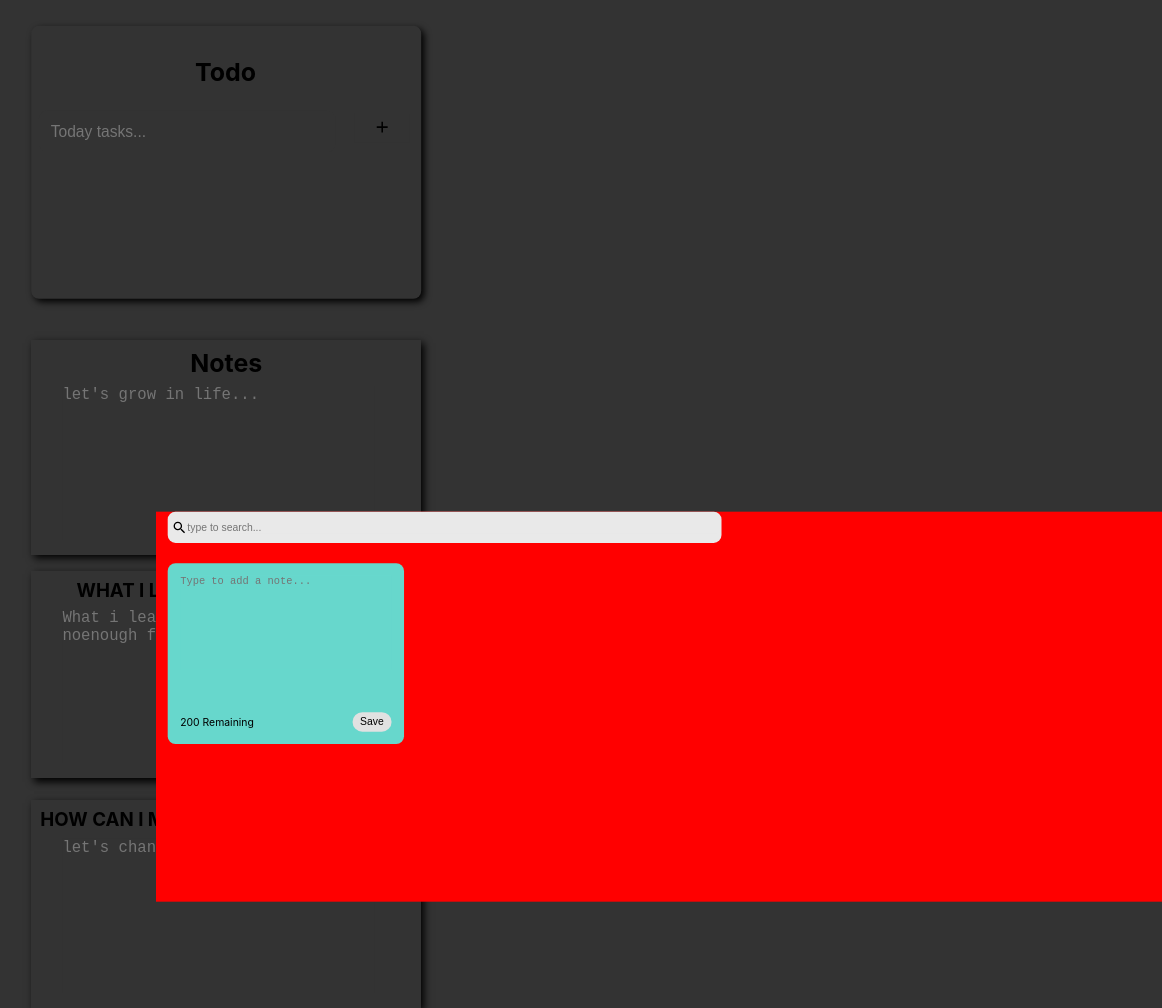
Repository: subhamRsahoo/note
Page: /
These files come from the project's save history. The page is drawn as it stood at one moment and after the next save; the edit follows.
The browser window is 1280 px wide. The page is 1490 px wide, then 1320 px, so the pictures cover 1490 px, including what lies to the right of the window. The pictures show the whole page, at 78% of full size.
The project was rebuilt for these pictures with package versions that can differ from the ones it lists, and the page was loaded fresh each time. Also part of the build but not shown: src/components/New folder/components/Note.js.

Above is the page before, as saved 2021-07-15 18:02:07.

### public/index.html
<!DOCTYPE html>
<html lang="en">
  <head>
    <meta charset="utf-8" />
    <link rel="icon" href="%PUBLIC_URL%/favicon.ico" />
    <meta name="viewport" content="width=device-width, initial-scale=1" />
    <meta name="theme-color" content="#000000" />
    <meta
      name="description"
      content="Web site created using create-react-app"
    />
    <link rel="apple-touch-icon" href="%PUBLIC_URL%/logo192.png" />
    <link rel="manifest" href="%PUBLIC_URL%/manifest.json" />


    <!-- <link rel="stylesheet" href="https://cdnjs.cloudflare.com/ajax/libs/font-awesome/5.15.3/css/font-awesome.min.css"/> -->

    <!-- <link rel="stylesheet" href="https://bootswatch.com/4/materia/bootstrap.com"/> -->

    <title>React App</title>
  </head>
  <body>
    <noscript>You need to enable JavaScript to run this app.</noscript>
    <div id="root"></div>
  </body>
</html>

### src/App.js
import React from 'react'
import Hub from './components/Hub';
import Hub1 from './components/aaaa/Hub1';
import A from './components/New folder/A';

function App() {
    return (
        <div>
            <Hub/>
            <Hub1/>
            <A/>
        </div>
    )
}

export default App

### src/components/Hub.js
import React , {useState , useEffect}from "react";
import Header from "./Header";
import Form from "./Form";
import TodoList from "./TodoList";
import './App.css';


const Hub = () => {
  const initalState = JSON.parse(localStorage.getItem("todos")) || [];
  const [input ,setInput] = useState("");
  const [todos ,setTodos] = useState(initalState);
  const [editTodo , setEditTodo] = useState(null);

  useEffect(() => {
    localStorage.setItem("todos" , JSON.stringify(todos))
  }, [todos]);
  return (
    <div className="container">
      <div className="app-wrapper">
        <div>
          <Header/>
        </div>
        <div>
          <Form
          input={input}
          setInput={setInput}
          todos={todos}
          setTodos={setTodos}
          editTodo={editTodo}
          setEditTodo={setEditTodo}
          />
        </div>
        <div>
          <TodoList todos={todos} setTodos={setTodos} setEditTodo={setEditTodo}/>
        </div>
      </div>
    </div>

  );
}

export default Hub;

### src/components/aaaa/Hub1.js
import React, { Component } from 'react';
import FormDataComponent from './components/form-data.component';
class  Hub1 extends Component {
  render() {
    return (
      <div >
        <FormDataComponent />
      </div>
    );
  }
}

export default Hub1;

### src/components/New folder/A.js
import React from 'react';
import './index.css';
import App from './App';


function A() {
    return (
        <div>
            <App />
        </div>
    )
}

export default A

### src/components/Header.js
import React from 'react'

function Header() {
    return (
        <div className="header">
            <h1>Todo</h1>
        </div>
    )
}

export default Header

### src/components/Form.js
import React , {useEffect} from 'react'
import {v4 as uuidv4} from "uuid";
import AddIcon from '@material-ui/icons/Add';

 const Form =({input , setInput , todos , setTodos , editTodo , setEditTodo }) => {
     const updateTodo = (title , id, completed) =>
     {
         const newTodo = todos.map((todo)=>

             todo.id === id ? {title,id, completed} : todo
         )
         setTodos(newTodo);
         setEditTodo("");
     }
     useEffect(() =>
     {
         if(editTodo)
         {
             setInput(editTodo.title);
         }else{
             setInput("")
         }
     }, [setInput , editTodo]);

     const onInputChange= (event) =>
     {
       setInput(event.target.value);
     };

     const onFormSubmit = (event) =>
     {
        event.preventDefault();
        if(!editTodo){
            setTodos([...todos , {id:uuidv4(), title: input , completed: false}]);
            setInput("");
        }else{
            updateTodo(input , editTodo.id , editTodo.completed)
        }
     }
    return (
       <form onSubmit={onFormSubmit}>
           <input type="text" placeholder="Today tasks... " className="task-input"
           value={input} required onChange={onInputChange} limit={3}/>
           <button type="submit" className="Add">
            <AddIcon/>
           </button>
       </form>
    )
}

export default Form

### src/components/TodoList.js
import React from 'react'
import DoneIcon from '@material-ui/icons/Done';
import EditIcon from '@material-ui/icons/Edit';
import DeleteIcon from '@material-ui/icons/Delete';

const TodoList = ({todos , setTodos , setEditTodo}) => {

    const handleDelete = ({id}) =>
    {
        setTodos(todos.filter((todo) => todo.id !== id));
    }

    const handleComplete = (todo) =>
    {
        setTodos(
            todos.map((item) => {
                if(item.id === todo.id){
                    return {...item , completed: !item.completed};
                }
                return item
            })
        )
    }

    const handleEdit =({id}) =>{
        const findTodo = todos.find((todo) => todo.id === id);
        setEditTodo(findTodo);
    };
    return (
        <div>
           {todos.map((todo) => (
               <li className="list-item"  key={todo.id}>
                   <input type="text"
                     value={todo.title}
                     className={`list ${todo.completed ? "complete" : "" }`}
                     onChange={(event)=> event.preventDefault()}
                   />
                   <div>
                       <button className="button-complete task-button" onClick={() => handleComplete(todo)}>
                          <i><DoneIcon/></i>
                       </button>
                       <button className="button-edit task-button" onClick={()=> handleEdit(todo)}>
                          <i><EditIcon/></i>
                       </button>
                       <button className="button-delete task-button"  onClick={()=> handleDelete(todo)}>
                          <i><DeleteIcon/></i>
                       </button>
                   </div>
               </li>
           ))}
        </div>
    );
}

export default TodoList;

### src/components/App.css
::-webkit-scrollbar {
  width: 9px;
}
::-webkit-scrollbar-thumb {
  background-color: #a8a8a8;
}
::-webkit-scrollbar-thumb:hover {
  background: #828282;
}
::-webkit-scrollbar-track {
  background: #cccccc;
}

body {
  font-family: -apple-system, BlinkMacSystemFont, 'Segoe UI', 'Roboto', 'Oxygen',
    'Ubuntu', 'Cantarell', 'Fira Sans', 'Droid Sans', 'Helvetica Neue',
    sans-serif;
  -webkit-font-smoothing: antialiased;
  -moz-osx-font-smoothing: grayscale;
  background: #333;
}

code {
  font-family: source-code-pro, Menlo, Monaco, Consolas, 'Courier New',
    monospace;
}


*
{
  margin: 0;
  padding: 0;
}

.container
{
  margin-top: 10px;
  width: 100%;
  min-height: 55vh;
  display: grid;
  justify-content: left;
  /* margin-left: 40px; */
  right: 500px;
  align-items: center;
  position: relative;
  box-sizing: border-box;
  left: 40px;
}

.app-wrapper
{
  background-color: #333;
  width: 500px;
  min-height: 350px;
  padding: 10px;
  box-sizing: border-box;
  border-radius: 10px;
  box-shadow: 4px 4px 10px #000;
  /* margin-bottom: 150px; */

}

.header h1
{
  color: black;
  text-align: left;
  margin: 30px 0;
  margin-left: 200px;
}

.task-input
{
  outline: none;
  width: 350px;
  padding: 15px;
  margin-right: 25px;
  font-size: 20px;
  color: white;
  background-color: #333;
  border: none;
  border-radius: 10px;
}

.task-input:hover
{
  box-shadow: 6px 4px 10px #000;
}

.Add
{
  width: 70px;
  padding: 5px 5px;
  border: 0;
  cursor: pointer;
  border-style: transparent;
  background-color: #333;
}

.Add:hover
{
  border-radius: 10px;
  box-shadow: 6px 4px 10px #000;
}

.list-item
{
  display: flex;
  margin: 20px 0;
  border: none;
  border-radius: 10px;
  padding: 7px;
  max-height: 20px;
}

.list-item:hover
{
  box-shadow: 6px 4px 10px #000;
}

.button-complete,
.button-delete,
.button-edit
{
  border: none;
  outline: none;
  cursor: pointer;
  background-color: transparent;
  font-size: 20px;
  border-radius: 50%;
}

.button-complete
{
  color: #ff6c6c;
  margin-right: 10px;
  margin-left: 70px;
}

.button-edit
{
  color: #e2d029;
  margin-right: 10px;
}

.button-delete
{
  color: lightseagreen;
}

.complete
{
  text-decoration-style: solid;
  text-decoration-line: line-through;
  text-decoration-color: #ff6c6c;
  opacity: 0.6;
}

.list
{
  width: 250px;
  background-color: #333;
  border: none;
  color: wheat;
  font-size: 20px;
  padding-left: 10px;
  margin-right: 15px;
}

input:focus,
button:focus
{
  outline: none;
}

@media screen and (max-width:768px)
{
  .container
  {
    left : 120px;
  }
  .app-wrapper
  {

    min-width: 400px;
    min-height: 260px;
    /* margin-top: 15px; */
  }
}

@media screen and (max-width:540px)
{
  .container
  {
    left: 40px;
  }
}

@media screen and (max-width: 1020px)
{
  .app-wrapper
  {
    min-width: 200px;
    min-height: 260px;
    margin-top: 15px;
  }
}

### src/components/aaaa/components/form-data.component.js
import React, { Component } from 'react';
import './design.css';
export default class FormDataComponent extends Component {
    userData;

    constructor(props) {
        super(props);

        this.onChangeName = this.onChangeName.bind(this);
        this.onChangeName1 = this.onChangeName1.bind(this);
        this.onChangeName2 = this.onChangeName2.bind(this);
        this.onSubmit = this.onSubmit.bind(this);

        this.state = {
            name: '',
            name1: '',
            name2: ''
        }
    }

    // Form Values
    onChangeName(e) {
        this.setState({ name: e.target.value })
    }

    onChangeName1(e) {
        this.setState({ name1: e.target.value })
    }

    onChangeName2(e) {
        this.setState({ name2: e.target.value })
    }


    // React Life Cycle
    componentDidMount() {
        this.userData = JSON.parse(localStorage.getItem('user'));

        if (localStorage.getItem('user')) {
            this.setState({
                name: this.userData.name,
                name1: this.userData.name1,
                name2: this.userData.name2
            })
        } else {
            this.setState({
                name: '',
                name1: '',
                name2: ''
            })
        }
    }

    componentWillUpdate(nextProps, nextState) {
        localStorage.setItem('user', JSON.stringify(nextState));
    }

    onSubmit(e) {
        e.preventDefault()
        console.log(this.state.props)
    }


    render() {
        return (

                <form className="form" onSubmit={this.onSubmit}>
                    <div className="contain">
                        <h1>Notes</h1>
                        <textarea type="text" placeholder="let's grow in life..." className="text1" value={this.state.name} onChange={this.onChangeName} />
                        {/* <button type="submit" className="btn1">Save</button> */}
                    </div>


                    <div className="contain1">
                        <h2>WHAT I LEARNED FROM TODAY?</h2>
                        <textarea type="text" placeholder="What i learned from today noenough for Tomorrow" className="text2" value={this.state.name1} onChange={this.onChangeName1} />
                        {/* <button type="submit" className="btn2">Save</button> */}
                    </div>

                    <div className="contain2">
                        <h2>HOW CAN I MAKE TOMORROW BETTER?</h2>
                        <textarea type="text" placeholder="let's change the lifestyle" className="text3" value={this.state.name2} onChange={this.onChangeName2} />
                        {/* <button type="submit" className="btn3">Save</button> */}
                    </div>
                </form>

        )
    }
}

### src/components/New folder/index.css
body {
	margin: 0;
	font-family: -apple-system, BlinkMacSystemFont, 'Segoe UI',
		'Roboto', 'Oxygen', 'Ubuntu', 'Cantarell', 'Fira Sans',
		'Droid Sans', 'Helvetica Neue', sans-serif;
	-webkit-font-smoothing: antialiased;
	-moz-osx-font-smoothing: grayscale;
}

code {
	font-family: source-code-pro, Menlo, Monaco, Consolas,
		'Courier New', monospace;
}

.header {
	display: flex;
	align-items: center;
	justify-content: space-between;
}


.container1 {
	display: grid;
	min-width: 1260px;
	/* margin-right: auto;  */
	position: absolute;
	left: 200px;
	padding-right: 15px;
	padding-left: 15px;
	min-height: 500px;
	background-color:red;
}

.notes-list {
	display: grid;
	grid-gap: 1rem;
	grid-template-columns: repeat(
		auto-fill,
		minmax(250px, 1fr)
	);
}

.note.new {
	background-color: #67d7cc;
	height: 200px;
	margin-bottom: 200px;
}

textarea {
	border: none;
	resize: none;
	background-color: #67d7cc;
}

textarea:focus {
	outline: none;
}

.save {
	background-color: #e1e1e1;
	border: none;
	border-radius: 15px;
	padding: 5px 10px 5px 10px;
}

.save:hover {
	background-color: #ededed;
	cursor: pointer;
}

.note {
	background-color: #fef68a;
	border-radius: 10px;
	padding: 1rem;
	height: 200px;
	display: flex;
	flex-direction: column;
	justify-content: space-between;
	white-space: pre-wrap;
}

.note-footer {
	display: flex;
	align-items: center;
	justify-content: space-between;
}

.delete-icon {
	cursor: pointer;
}

.search {
	display: flex;
	align-items: center;
	background-color: rgb(233, 233, 233);
	width: 700px;
	height: 30px;
	border-radius: 10px;
	padding: 5px;
	margin-bottom: 1.5em;
}

.search input {
	border: none;
	background-color: rgb(233, 233, 233);
	width: 100%;
}

.search input:focus {
	outline: none;
}

### src/components/New folder/App.js
import { useState, useEffect } from 'react';
import { nanoid } from 'nanoid';
import NotesList from './components/NotesList';
import Search from './components/Search';

const App = () => {
	const [notes, setNotes] = useState([
		// {
		// 	id: nanoid(),
		// 	text: 'This is my first note!',
		// 	date: '15/04/2021',
		// },
		// {
		// 	id: nanoid(),
		// 	text: 'This is my second note!',
		// 	date: '21/04/2021',
		// },
		// {
		// 	id: nanoid(),
		// 	text: 'This is my third note!',
		// 	date: '28/04/2021',
		// },
		// {
		// 	id: nanoid(),
		// 	text: 'This is my new note!',
		// 	date: '30/04/2021',
		// },
	]);

	const [searchText, setSearchText] = useState('');

	useEffect(() => {
		const savedNotes = JSON.parse(
			localStorage.getItem('react-notes-app-data')
		);

		if (savedNotes) {
			setNotes(savedNotes);
		}
	}, []);

	useEffect(() => {
		localStorage.setItem(
			'react-notes-app-data',
			JSON.stringify(notes)
		);
	}, [notes]);

	const addNote = (text) => {
		const date = new Date();
		const newNote = {
			id: nanoid(),
			text: text,
			date: date.toLocaleDateString(),
		};
		const newNotes = [...notes, newNote];
		setNotes(newNotes);
	};

	const deleteNote = (id) => {
		const newNotes = notes.filter((note) => note.id !== id);
		setNotes(newNotes);
	};

	return (
		<div >
			<div className='container1'>
				<Search handleSearchNote={setSearchText} />
				<NotesList
					notes={notes.filter((note) =>
						note.text.toLowerCase().includes(searchText)
					)}
					handleAddNote={addNote}
					handleDeleteNote={deleteNote}
				/>
			</div>
		</div>
	);
};

export default App;

### src/components/aaaa/components/design.css
.form
{
    width: 100%;
    height: 250px;
    display: grid;
    margin: 0;
    padding: 0;
}


.contain
{
    display: grid;
    width: 500px;
    left: 40px;
    top: 30px;
    bottom: 10px;
    box-shadow: 4px 4px 10px #000;
    position: relative;
    box-sizing: border-box;

}

.text1
{
    margin-top: 10px;
   width: 400px;
   height: 197px;
   margin-left: 40px;
   background-color: #333;
   border-style: none;
   color: white;
   border-style: none;
   font-size: 20px;
   margin-bottom: 20px;
}

.text1:hover
{
    box-shadow: 4px 4px 10px #000;
}

.contain h1
{
    margin-top: 10px;
   text-align: center;
}

/* .btn1
{
    background-color: #333;
    margin-left: 70px;
    text-decoration-color: white;
    border-style: none;
    color: white;
    cursor: pointer;
    margin-bottom: 10px;
    padding: 8px 8px;
    border-radius: 10px;
}

.btn1:hover
{
    box-shadow: 4px 4px 10px #000;
    padding: 8px 8px;
} */


.contain1
{
    width: 500px;
    top: 50px;
    left: 40px;
    box-shadow: 4px 4px 10px #000;
    position: relative;
    box-sizing: content-box;
    display: grid;
}

.text2
{
    margin-top: 10px;
    width: 400px;
    height: 197px;
    margin-left: 40px;
    background-color: #333;
    border-style: none;
    color: white;
    border-style: none;
    font-size: 20px;
    margin-bottom: 20px;
}

.text2:hover
{
    box-shadow: 4px 4px 10px #000;
}


.contain1 h2
{
    margin-top: 10px;
   text-align: center;
}

/* .btn2
{
    background-color: #333;
    margin-left: 70px;
    text-decoration-color: white;
    border-style: none;
    color: white;
    cursor: pointer;
    margin-bottom: 10px;
    padding: 8px 8px;
    border-radius: 10px;
}

.btn2:hover
{
    box-shadow: 4px 4px 10px #000;
    padding: 8px 8px;
} */

.contain2
{
   width: 500px;
    margin-top: 620px;
    margin-left: 40px;
    /* bottom: 630px; */
    box-shadow: 4px 4px 10px #000;
    position: absolute;
    box-sizing:border-box;
    display: grid;
}

.text3
{
    margin-top: 10px;
    width: 400px;
    height: 197px;
    margin-left: 40px;
    background-color: #333;
    border-style: none;
    color: white;
    border-style: none;
    font-size: 20px;
    margin-bottom: 20px;
}

.text3:hover
{
    box-shadow: 4px 4px 10px #000;
}


.contain2 h2
{
    margin-top: 10px;
   text-align: center;
}

/* .btn3
{
    background-color: #333;
    margin-left: 70px;
    text-decoration-color: white;
    border-style: none;
    color: white;
    cursor: pointer;
    margin-bottom: 10px;
    padding: 8px 8px;
    border-radius: 10px;
}

.btn3:hover
{
    box-shadow: 4px 4px 10px #000;
    padding: 8px 8px;
} */

@media screen and (max-width:768px)
{
    .contain
    {
        left: 80px;
    }
    .contain1
    {
        left: 80px;
    }
    .contain2
    {
        left: 80px;
    }
}

@media screen and (max-width: 540px)
{
    .contain
    {
        left: 0;
    }
    .contain1
    {
        left: 0px;
    }
    .contain2
    {
        left: 0px;
    }
}

### src/components/New folder/components/AddNote.js
import { useState } from 'react';

const AddNote = ({ handleAddNote }) => {
	const [noteText, setNoteText] = useState('');
	const characterLimit = 200;

	const handleChange = (event) => {
		if (characterLimit - event.target.value.length >= 0) {
			setNoteText(event.target.value);
		}
	};

	const handleSaveClick = () => {
		if (noteText.trim().length > 0) {
			handleAddNote(noteText);
			setNoteText('');
		}
	};

	return (
		<div className='note new'>
			<textarea
				rows='8'
				cols='10'
				placeholder='Type to add a note...'
				value={noteText}
				onChange={handleChange}
			></textarea>
			<div className='note-footer'>
				<small>
					{characterLimit - noteText.length} Remaining
				</small>
				<button className='save' onClick={handleSaveClick}>
					Save
				</button>
			</div>
		</div>
	);
};

export default AddNote;

Loaded but not shown: src/index.js (common file); src/components/New folder/components/NotesList.js (common file); src/components/New folder/components/Search.js (common file)

After the next save:
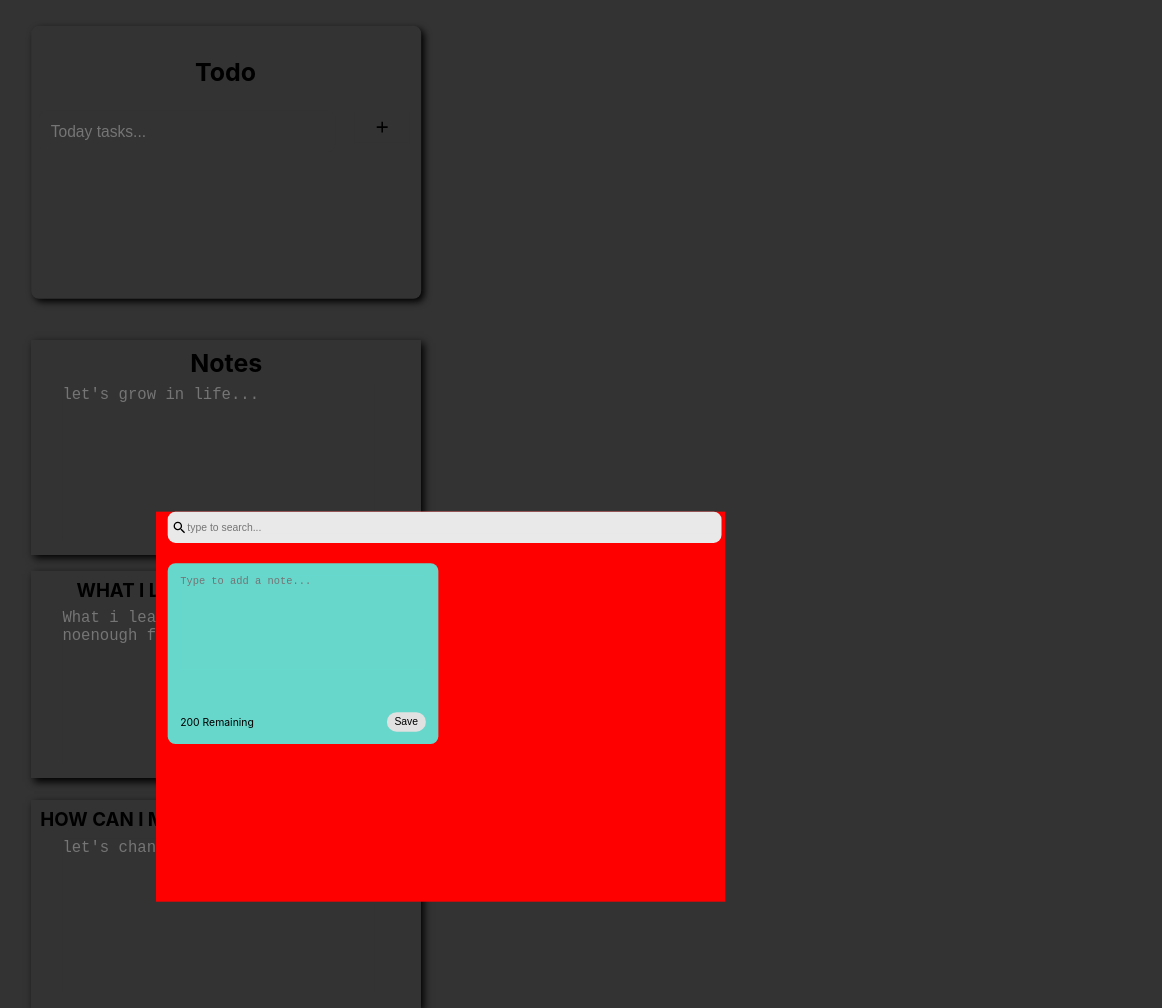
Saved 58 s later.
--- a/src/components/New folder/index.css
+++ b/src/components/New folder/index.css
@@ -21,7 +21,7 @@ code {
 
 .container1 {
 	display: grid;
-	min-width: 1260px;
+	width: 700px;
 	/* margin-right: auto;  */
 	position: absolute;
 	left: 200px;
